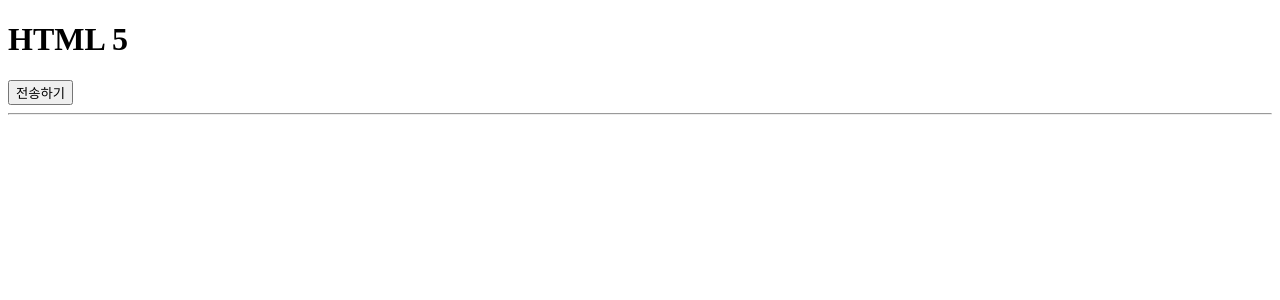
Repository: seula123/Front-End
Page: ClientTest/src/main/webapp/html/ex19.html
These files come from the project's save history. The page is drawn as it stood at one moment and after the next save; the edit follows.
The browser window is 1280 px wide. The pictures show the whole page.

Above is the page before, as saved 2023-09-21 07:50:22.

After the next save:
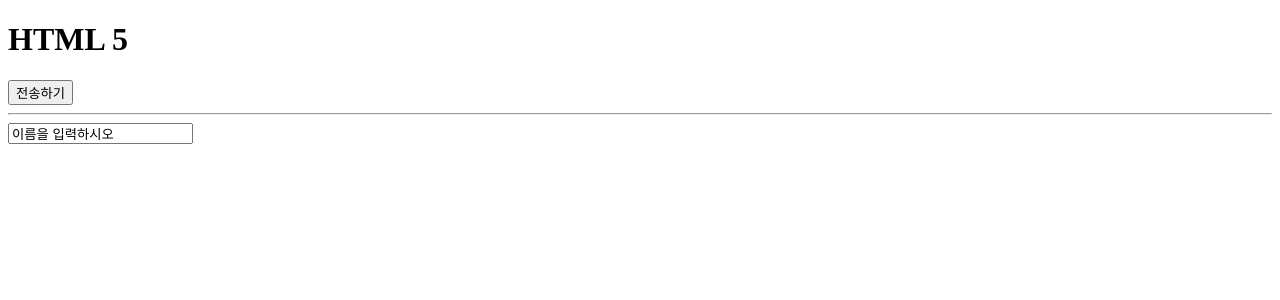
Saved 16 min 41 s later.
--- a/ClientTest/src/main/webapp/html/ex19.html
+++ b/ClientTest/src/main/webapp/html/ex19.html
@@ -13,8 +13,8 @@
 
 		<input type = "submit" value="전송하기">
 		<hr>
-
-
+		<input type = "text" value="이름을 입력하시오"
+		onfocus = "this.value = '';">
 
 	</form>
 
